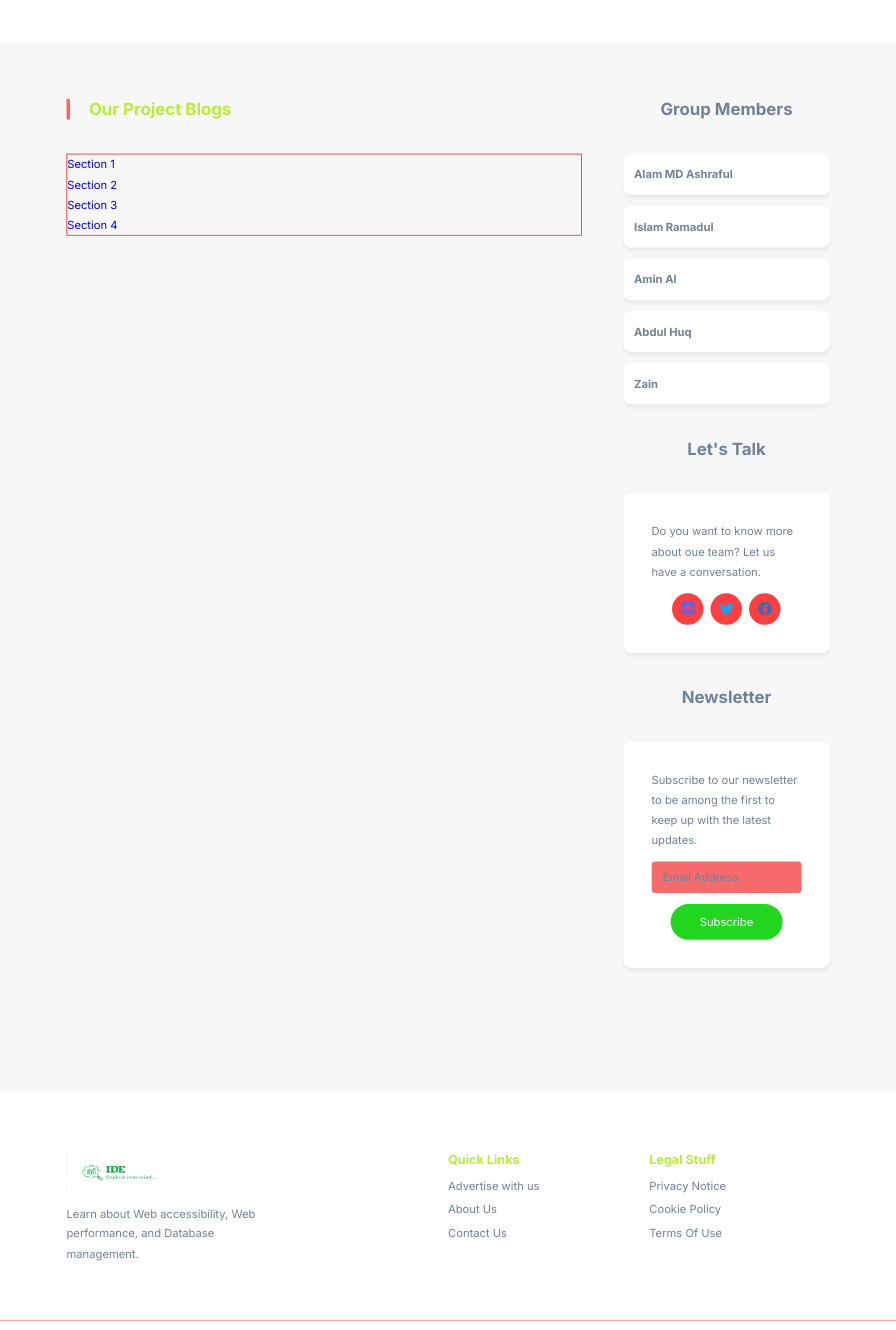
Repository: ramizraaz/zjuTeam
Page: main.html
An editor plug-in stored every save of this project. The page is shown before and after the next save, followed by the edit.
The browser window is 1280 px wide. The pictures show the part of the page from y = 492 to 2392 px (the page is 2435 px tall), at 70% of full size.
A picture or video elsewhere on the page could not be fetched, so the positions and the page height are approximate.

Above is the page before, as saved 2023-10-22 20:48:40.

After the next save:
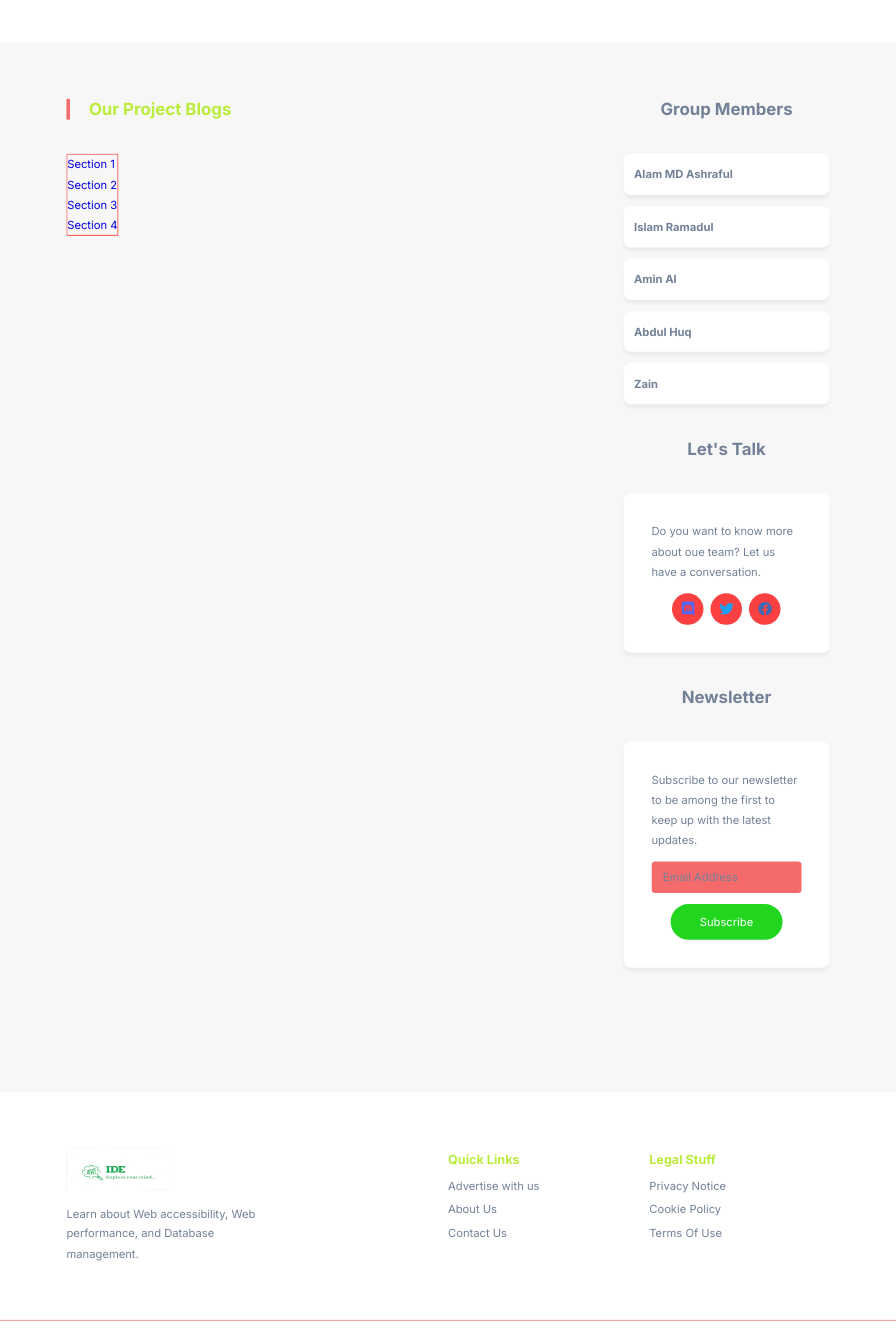
Saved 8 s later.
--- a/main.css
+++ b/main.css
@@ -372,7 +372,7 @@ header .btn-group {
 
 .navigationLeft {
     border: 1px solid Red;
-    position: inherit;
+    position: fixed;
 }
 
 
